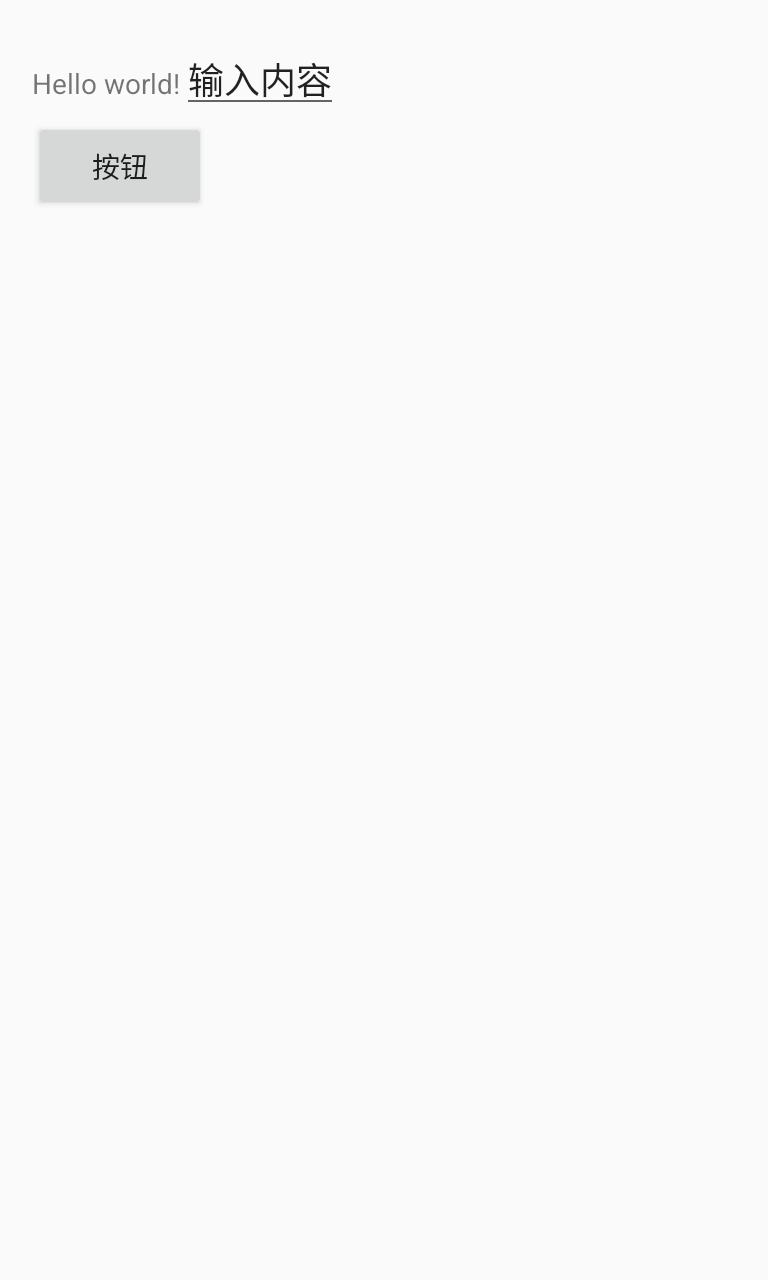
Repository: zzznn/Android_and_java
Layout: work/Sp/res/layout/activity_main.xml
The author's editor kept a copy of each file at every save. The layout is drawn from the files as they stood at one save, then again after the next save.
It is drawn on a 768 x 1280 px phone screen (xhdpi) without system bars, with theme AppTheme; the app's code is not run.

Above is the layout before, as saved 2018-01-05 03:30:58.

### work/Sp/res/layout/activity_main.xml
<LinearLayout xmlns:android="http://schemas.android.com/apk/res/android"
    xmlns:tools="http://schemas.android.com/tools"
    android:layout_width="match_parent"
    android:layout_height="match_parent"
    android:paddingBottom="@dimen/activity_vertical_margin"
    android:paddingLeft="@dimen/activity_horizontal_margin"
    android:paddingRight="@dimen/activity_horizontal_margin"
    android:paddingTop="@dimen/activity_vertical_margin"
    android:orientation="vertical"
    tools:context="com.example.sp.MainActivity" >
<LinearLayout
    android:layout_width="wrap_content"
    android:layout_height="wrap_content">

    <TextView
        android:layout_width="wrap_content"
        android:layout_height="wrap_content"
        android:text="@string/hello_world" />

    <EditText
        android:id="@+id/et"
        android:layout_width="wrap_content"
        android:layout_height="wrap_content"
        android:text="输入内容" />
        />
        </LinearLayout>
    <Button
        android:id="@+id/btn"
        android:layout_width="wrap_content"
        android:layout_height="wrap_content"
        android:text="按钮" />
        "/>

</LinearLayout>

### work/Sp/res/values/strings.xml
<?xml version="1.0" encoding="utf-8"?>
<resources>

    <string name="app_name">Sp</string>
    <string name="hello_world">Hello world!</string>
    <string name="action_settings">Settings</string>

</resources>

Loaded but not shown: work/Sp/res/values/styles.xml (common file); work/Sp/res/values-v11/styles.xml (common file); work/Sp/res/values-v14/styles.xml (common file); work/Sp/res/values/dimens.xml (common file); work/Sp/res/values-w820dp/dimens.xml (common file)

After the next save:
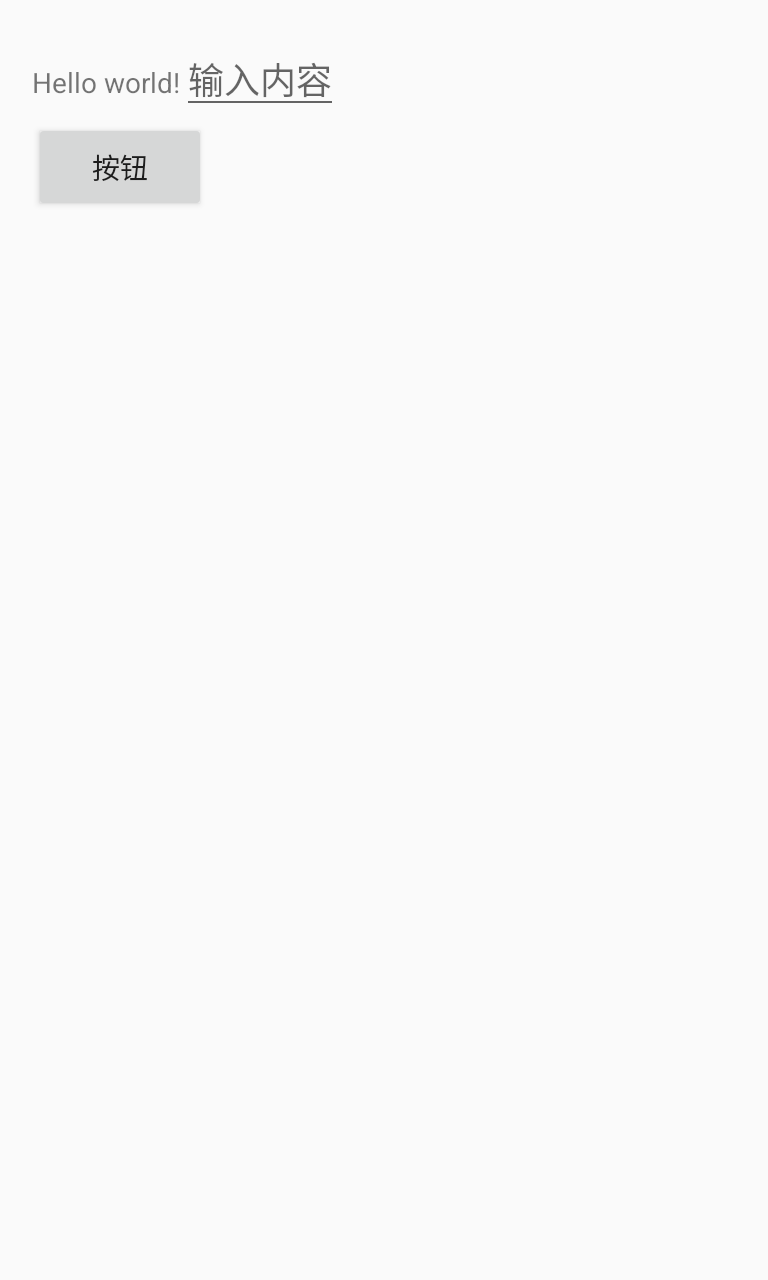
Saved 14 s later.
--- a/work/Sp/res/layout/activity_main.xml
+++ b/work/Sp/res/layout/activity_main.xml
@@ -21,7 +21,7 @@
         android:id="@+id/et"
         android:layout_width="wrap_content"
         android:layout_height="wrap_content"
-        android:text="输入内容" />
+        android:hint="输入内容" />
         />
         </LinearLayout>
     <Button
